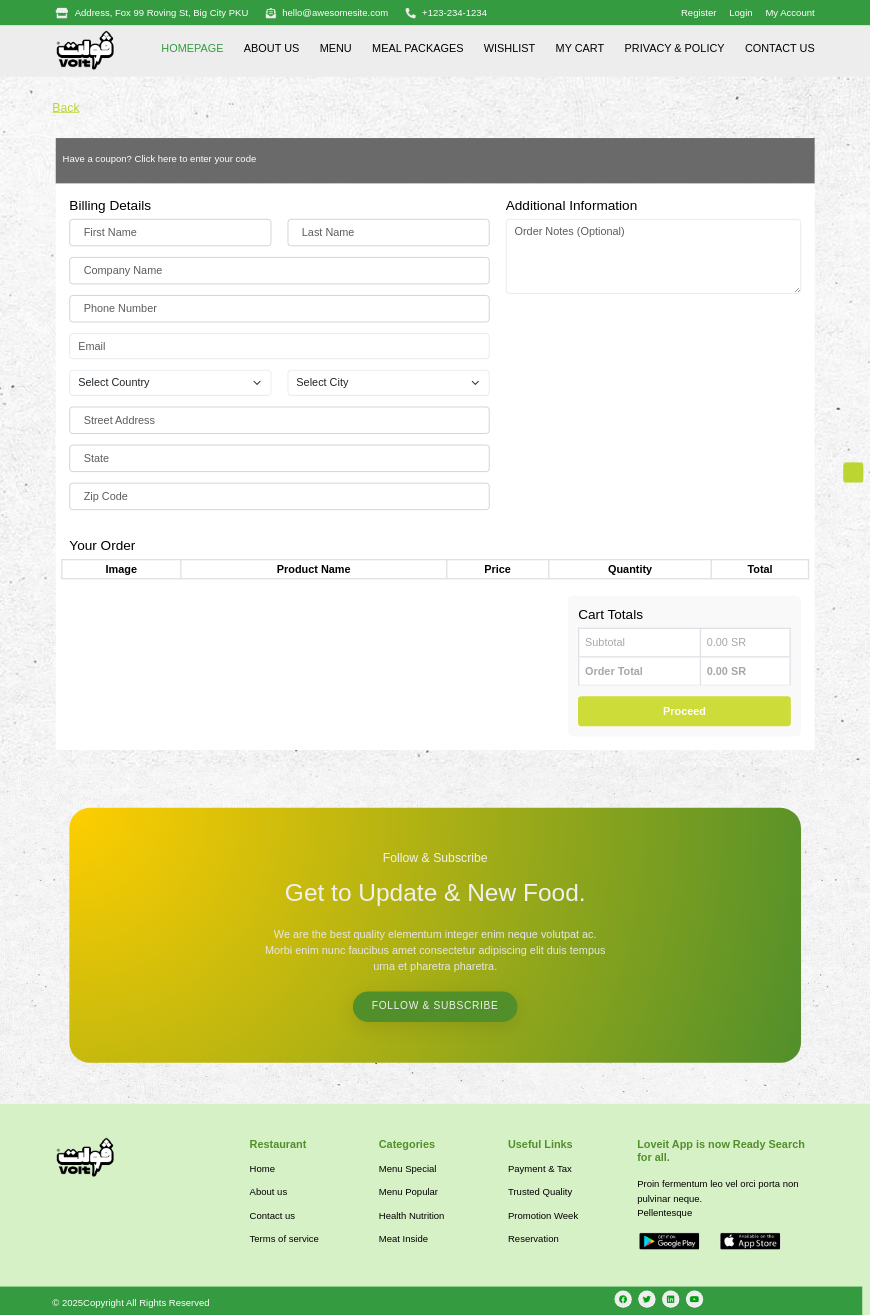
Repository: junivig/volt-new-project
Page: checkout.html
These files come from the project's save history. The page is drawn as it stood at one moment and after the next save; the edit follows.
The browser window is 1280 px wide. The pictures show the whole page, at 68% of full size.

Above is the page before, as saved 2025-02-26 20:53:33.

After the next save:
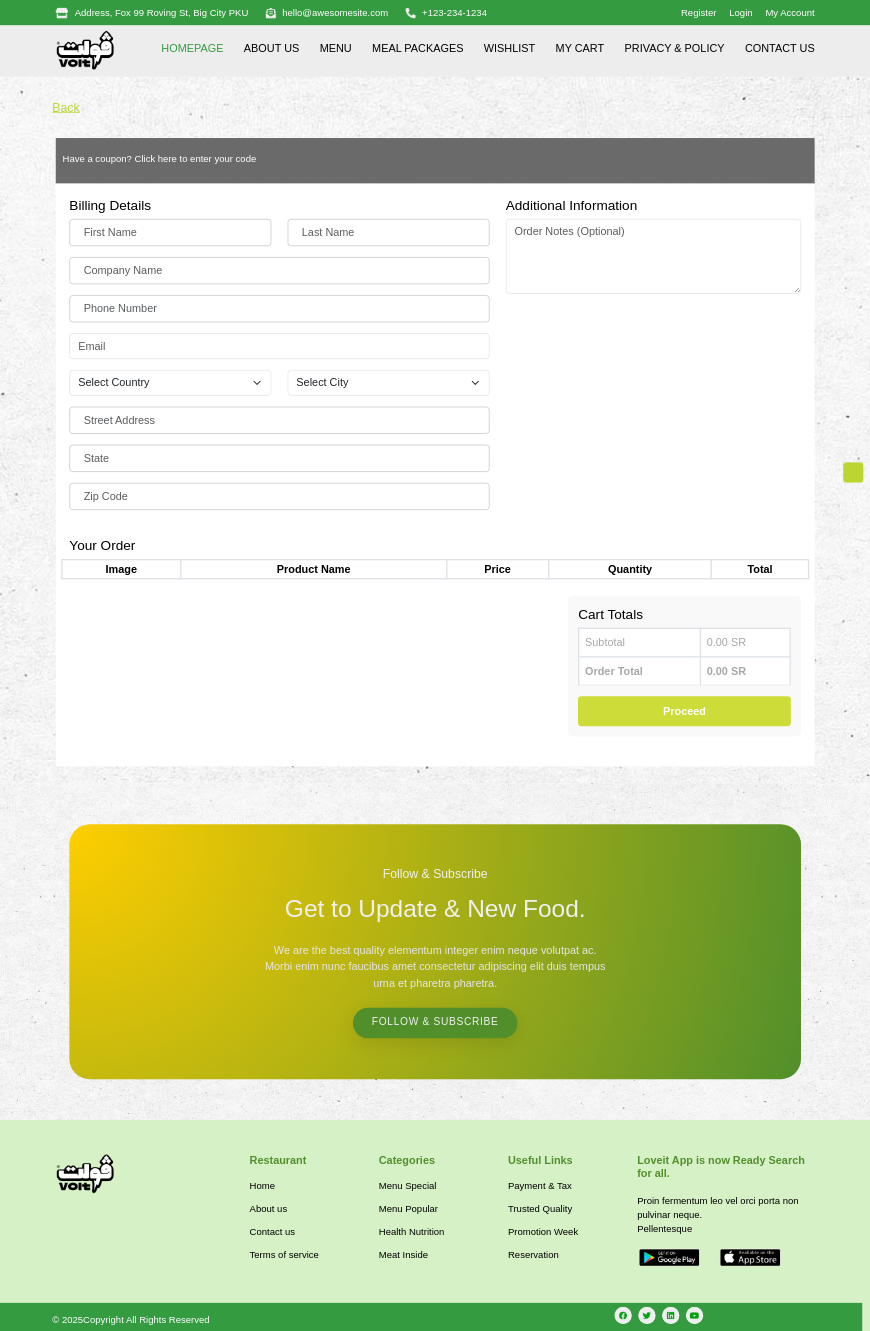
Saved 35 s later.
--- a/checkout.html
+++ b/checkout.html
@@ -215,7 +215,7 @@
                     </div>
                 </div>
             </div>
-            <div class="row">
+            <div class="row mt-4 text-end">
               <form id="payment-form" action="http://127.0.0.1:5500/payment-success.html" class="paymentWidgets" data-brands="VISA MASTER MADA"></form>
             </div>
             </div>
